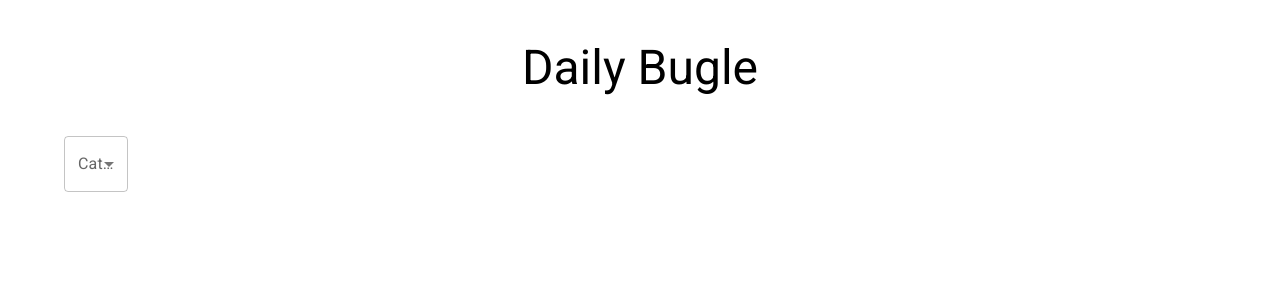
Repository: CarlosCamposRodriguez99/noticiasApp
Page: /
These files come from the project's save history. The page is drawn as it stood at one moment and after the next save; the edit follows.
The browser window is 1280 px wide. The pictures show the whole page.
Some web fonts or font styles are not loaded; a fallback is used. The project was rebuilt for these pictures with package versions that can differ from the ones it lists, and the page was loaded fresh each time. Also part of the build but not shown: vite.config.js.

Above is the page before, as saved 2022-06-07 19:37:39.

After the next save:
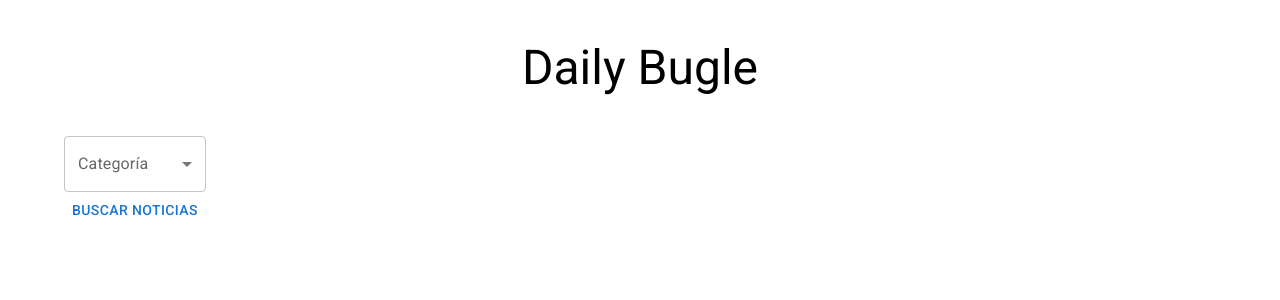
Saved 12 s later.
--- a/src/components/Formulario.jsx
+++ b/src/components/Formulario.jsx
@@ -29,7 +29,9 @@
 
         </Select>
 
-        <Button></Button>
+        <Button>
+          Buscar Noticias
+        </Button>
       </FormControl>
     </form>
   )
